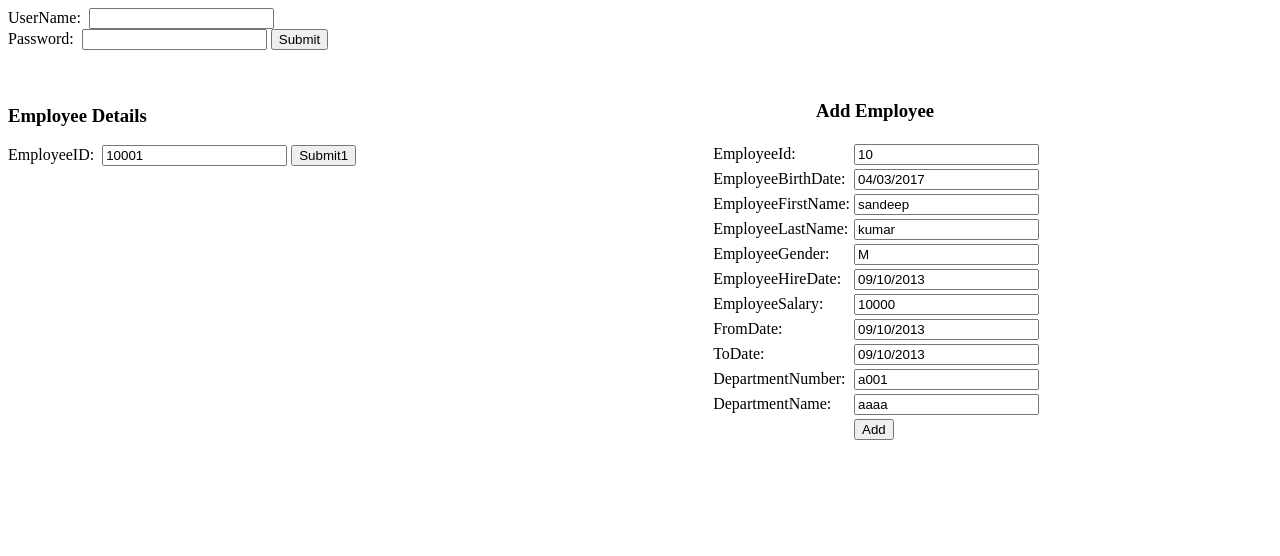
Repository: sandeep27y/MavenWebAppMultiModule-Servlets
Page: http://localhost/EmployeeApplication/LogIn.jsp
The author's editor kept a copy of each file at every save. The page is drawn from the files as they stood at one save, then again after the next save.
The browser window is 1280 px wide. The pictures show the whole page.
The page is served by Tomcat 9. Other server files are loaded and not shown. The template is opened directly, without the code that normally fills it, so the values that code supplies are empty.

Above is the page before, as saved 2017-06-10 23:08:12.

### MavenWebAppMultiModule-Servlets/EmployeeMultiModule/EmployeeApplication/src/main/webapp/LogIn.jsp
<%@ page language="java" contentType="text/html; charset=ISO-8859-1"
    pageEncoding="ISO-8859-1"%>
<!DOCTYPE html PUBLIC "-//W3C//DTD HTML 4.01 Transitional//EN" "http://www.w3.org/TR/html4/loose.dtd">
<%@ taglib uri="http://java.sun.com/jsp/jstl/core" prefix="c" %>
<html>
<head>
<meta http-equiv="Content-Type" content="text/html; charset=ISO-8859-1">
<title>Insert title here</title>
</head>
<body>
<form action="/EmployeeApplication/employeelogin.do" method="post">
UserName: &nbsp;<input type="text" name="username"><br>
Password: &nbsp;<input type="password" name="password">
<input type="Submit" value="Submit"><br>
</form>
<br><br>
<div align="left">
<form action="/EmployeeApplication/EmployeeInfromation.do" method="post">
<h3>Employee Details</h3>
EmployeeID: &nbsp;<input type="text" name="employeeId" value="10001">
<input type="Submit" value="Submit1"><br>
</form>
</div>
<div align="right" style="margin-top: -85px; margin-right: 230px">
<form action="/EmployeeApplication/add" method="post">
<h3 style="margin-right: 108px">Add Employee</h3>
<table>
	<tr>
		<td>EmployeeId: </td>
		<td><input type="text" name="employeeId" value="10"></td>
	</tr>
	<tr>
		<td>EmployeeBirthDate: </td>
		<td><input type="text" name="birthdate" value="04/03/2017"></td>
	</tr>
	<tr>
		<td>EmployeeFirstName: </td>
		<td><input type="text" name="firstName" value="sandeep"></td>
	</tr>
	<tr>
		<td>EmployeeLastName: </td>
		<td><input type="text" name="lastName" value="kumar"></td>
	</tr>
	<tr>
		<td>EmployeeGender: </td>
		<td><input type="text" name="gender" value="M"></td>
	</tr>
	<tr>
		<td>EmployeeHireDate: </td>
		<td><input type="text" name="hiredate" value="09/10/2013"></td>
	</tr>
	<tr>
		<td>EmployeeSalary: </td>
		<td><input type="text" name="salary" value="10000"></td>
	</tr>
	<tr>
		<td>FromDate: </td>
		<td><input type="text" name="fromdate" value="09/10/2013"></td>
	</tr>
	<tr>
		<td>ToDate: </td>
		<td><input type="text" name="todate" value="09/10/2013"></td>
	</tr>
	<tr>
		<td>DepartmentNumber: </td>
		<td><input type="text" name="deptnumber" value="a001"></td>
	</tr>
	<tr>
		<td>DepartmentName: </td>
		<td><input type="text" name="deptname" value="aaaa"></td>
	</tr>
	<tr>
		<td><td><input type="submit" value="Add" align="right"></td>
	</tr>
	<tr>
		<td colspan="2"><c:out value="${requestScope.display}"></c:out></td>
	</tr>
</table>
</div>
</form>
</body>
</html>

After the next save:
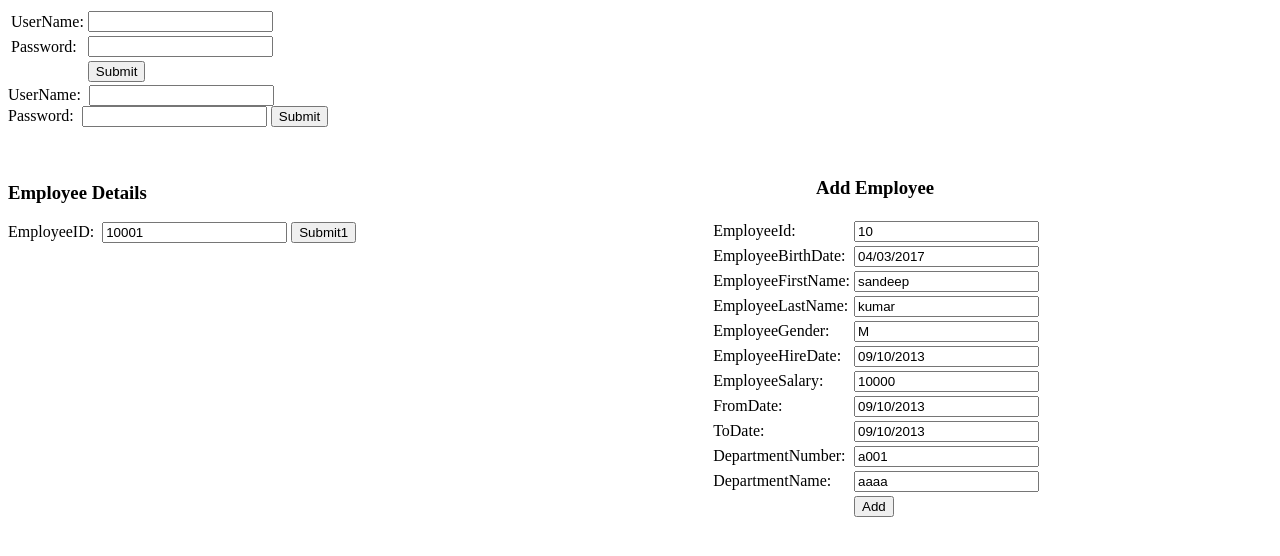
Saved 41 min 7 s later.
--- a/MavenWebAppMultiModule-Servlets/EmployeeMultiModule/EmployeeApplication/src/main/webapp/LogIn.jsp
+++ b/MavenWebAppMultiModule-Servlets/EmployeeMultiModule/EmployeeApplication/src/main/webapp/LogIn.jsp
@@ -9,6 +9,17 @@
 </head>
 <body>
 <form action="/EmployeeApplication/employeelogin.do" method="post">
+<table>
+	<tr>
+		<td>UserName: </td><td><input type="text" name="username"></td>
+	</tr>
+	<tr>
+		<td>Password: </td><td><input type="password" name="password"></td>
+	</tr>
+	<tr>
+		<td></td><td><input type="Submit" value="Submit"></td>
+	</tr>
+</table>
 UserName: &nbsp;<input type="text" name="username"><br>
 Password: &nbsp;<input type="password" name="password">
 <input type="Submit" value="Submit"><br>
